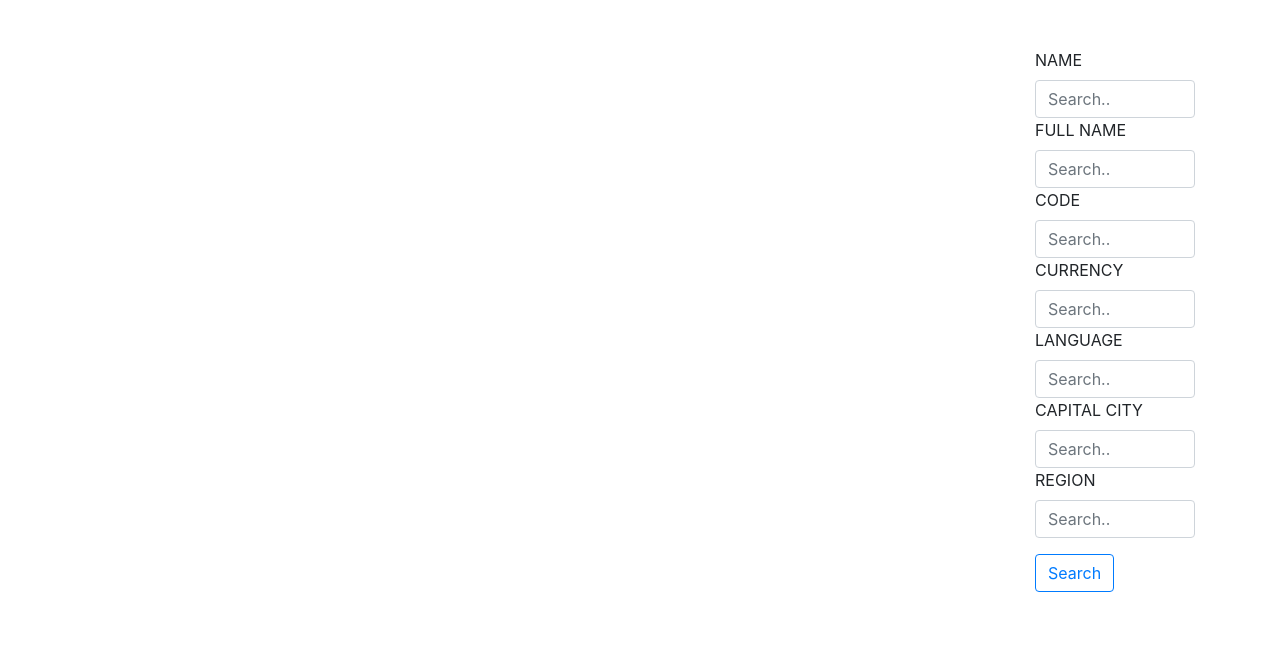
Repository: mdtahsinamin/react-intensip-task
Page: /
These files come from the project's save history. The page is drawn as it stood at one moment and after the next save; the edit follows.
The browser window is 1280 px wide. The pictures show the whole page.
The page's requests for data from a server got no answer. The project was rebuilt for these pictures with package versions that can differ from the ones it lists, and the page was loaded fresh each time. No one was signed in, and anything a server would have sent is missing. Also part of the build but not shown: src/components/Home/Countries.js.

Above is the page before, as saved 2021-01-22 21:07:57.

After the next save:
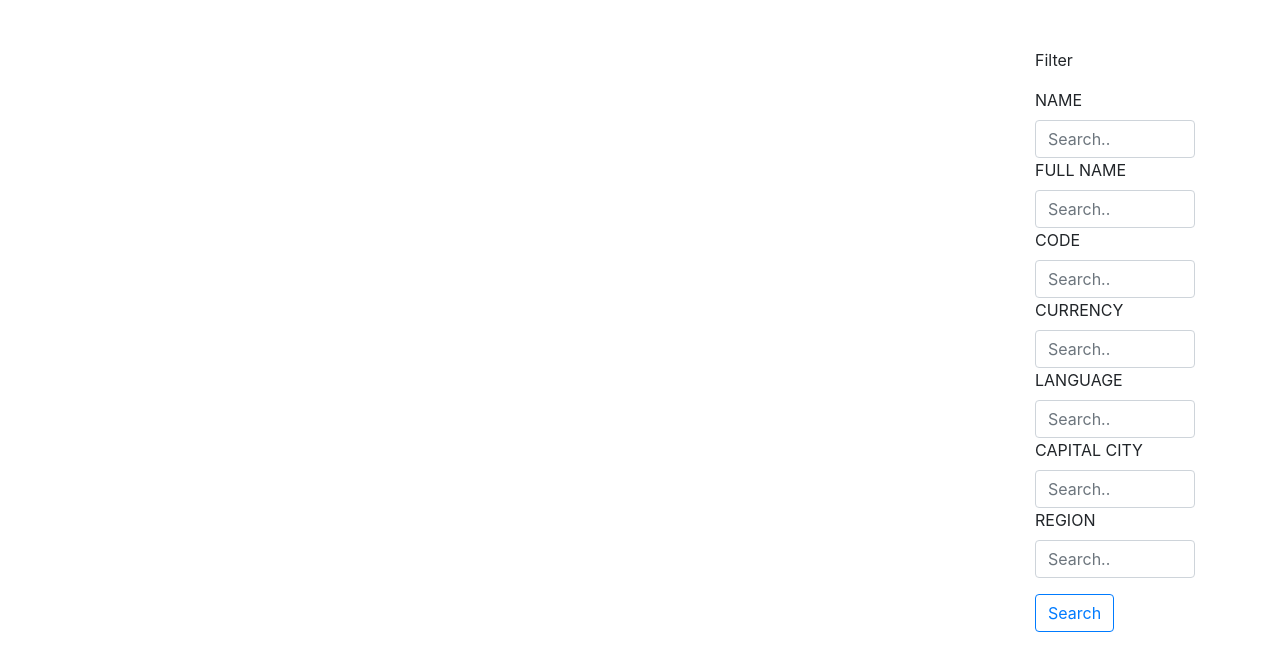
Saved 54 s later.
--- a/src/components/Home/Home.js
+++ b/src/components/Home/Home.js
@@ -36,6 +36,7 @@ const Home = () => {
                </Col>
                <Col md={2}>
                <div>
+                 <p>Filter</p>
                 <label>NAME</label>
                 <input
                     type="text"
